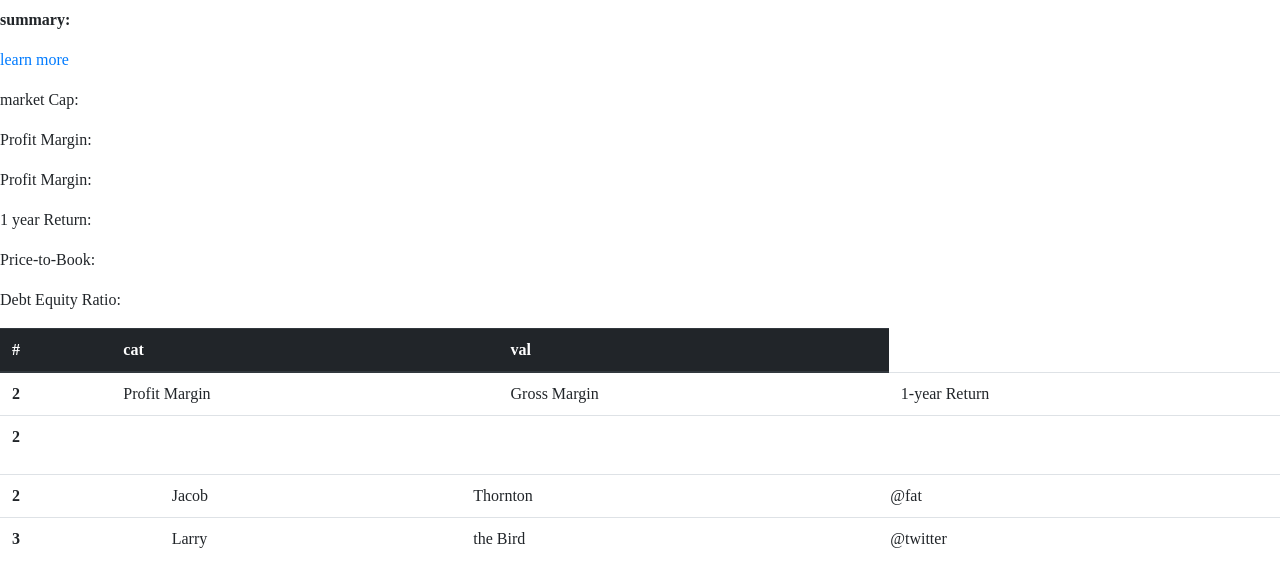
Repository: brendan12372/theSite
Page: topTen/templates/stocks/stock_detail.html
An editor plug-in stored every save of this project. The page is shown before and after the next save, followed by the edit.
The browser window is 1280 px wide. The pictures show the whole page.
Some web libraries are served in a nearby version. The page is served by the project's application, run on Django 4.2 (manage.py). The template is opened directly, without the code that normally fills it, so the values that code supplies are empty.

Above is the page before, as saved 2022-03-15 00:01:19.

After the next save:
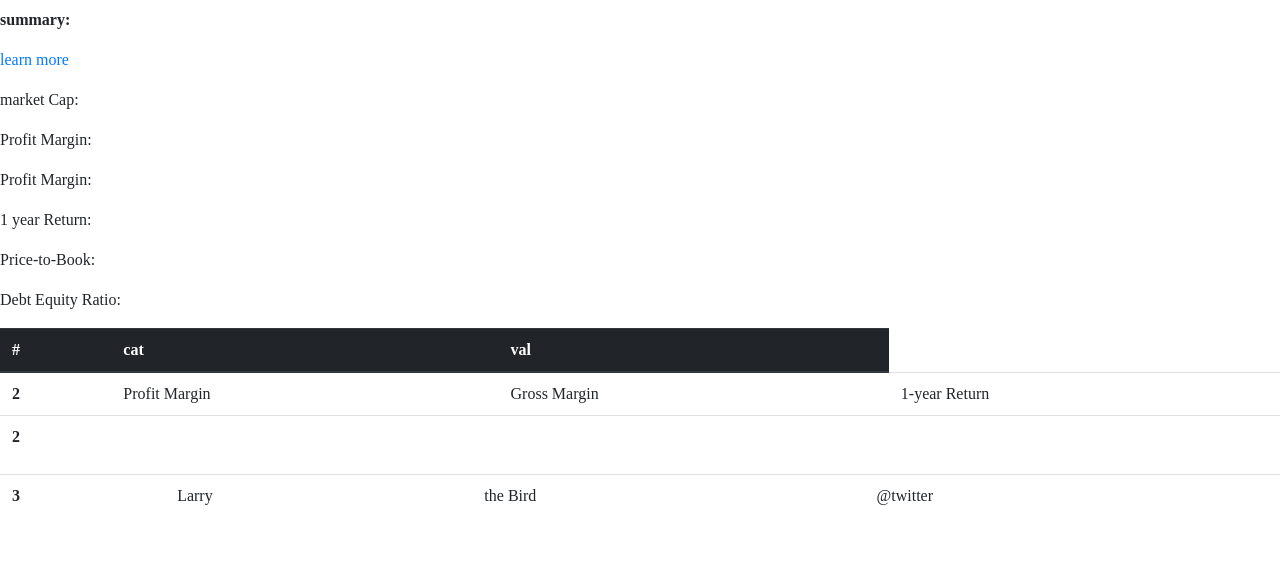
Saved 21 s later.
--- a/topTen/templates/stocks/stock_detail.html
+++ b/topTen/templates/stocks/stock_detail.html
@@ -58,12 +58,7 @@
       </thead>
       <tbody>
 
-        <tr>
-          <th scope="row">2</th>
-          <td>Jacob</td>
-          <td>Thornton</td>
-          <td>@fat</td>
-        </tr>
+
         <tr>
           <th scope="row">3</th>
           <td>Larry</td>
